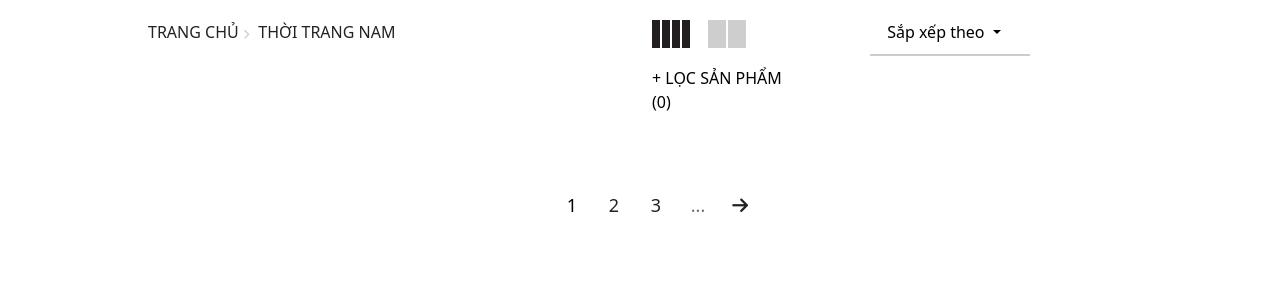
Repository: NguyenQuangQuan021099/FE_Page-Male
Page: index.html
The author's editor kept a copy of each file at every save. The page is drawn from the files as they stood at one save, then again after a run of saves.
The browser window is 1280 px wide. The pictures show the whole page.
The page's requests for data from a server got no answer. Some web libraries are served in a nearby version.

Above is the page before, as saved 2021-07-09 09:15:02.

After the next 2 saves:
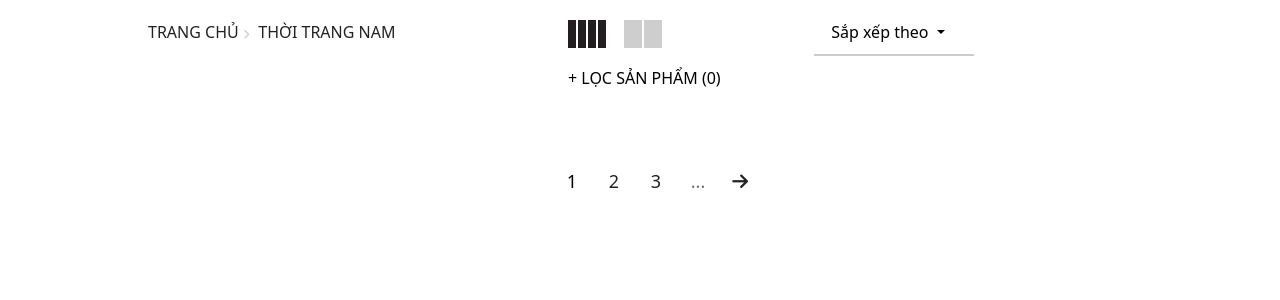
The 2 saves are shown as one change because they came seconds apart.
The last was saved 8 s later.
--- a/index.html
+++ b/index.html
@@ -15,12 +15,12 @@
 <div class="grid main wide">
 <!-- -------------------------Begin Nav-------------------------------------------------- -->
 <div class="category__product__action row ">
-    <div class="breadcrumbs col l-6">
+    <div class="breadcrumbs col l-5">
         <a href="" title="Đi đến trang chủ">TRANG CHỦ</a>
         <i style="color: #ccc; font-size: 10px; margin-right: 5px; padding-bottom: 2px;" class="fas fa-chevron-right"></i>
         <span style="color: #222">THỜI TRANG NAM</span>
     </div>
-    <div class="sub__category__product__action col l-6">
+    <div class="sub__category__product__action col l-7">
       <div class="nav-2 row ">
         <div class="toolbar__product col l-4 ">
           <a href="#" class="active" title="Lưới" ></a>
